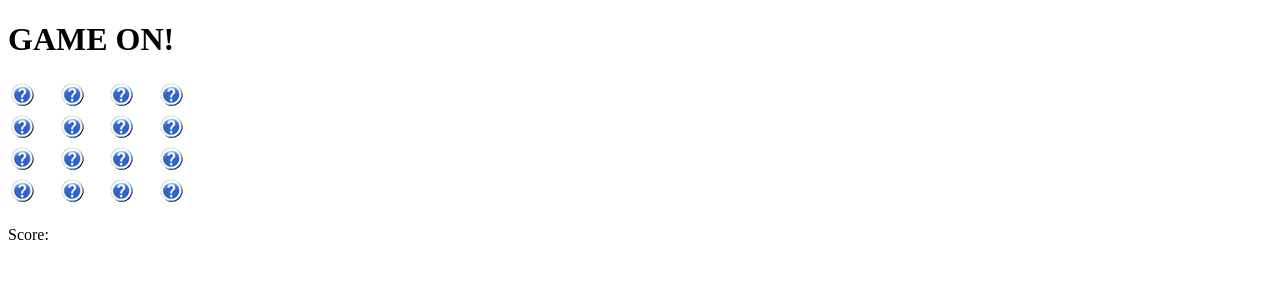
Repository: rs222kn/1dv403-laborationer
Page: 3-gameon/memory/index.html
The author's editor kept a record of every edit. The page is drawn from the files as they stood at one moment, then again after the next edit.
The browser window is 1280 px wide. The pictures show the whole page.

Above is the page before.

### 3-gameon/memory/index.html
<!DOCTYPE html>
<html lang="sv">
    <head>
        <meta charset="UTF-8" />
 	    <title>GAME ON!</title>
        <link rel="stylesheet" type="text/css" href="css/style.css">
    </head>
    <body>
        <header>
            <h1>GAME ON!</h1>
        </header>
        <main>
            <table id="grid">
            </table>

            <p id="score">Score: </p>
            <p id="time"></p>
            <p id="result"></p>
        </main>
        <script src="script/memory.js"></script>
        <script src="script/random.js"></script>
    </body>
</html>

### 3-gameon/memory/css/style.css
#grid{
    width: 200px;
}
.gridRow{

}

.gridCell{
    width: 50px;
}

### 3-gameon/memory/script/memory.js
"use strict";

var Memory = {

    doc: {
        grid:   document.getElementById("grid"),
        pScore: document.getElementById("score"),
        pTime: document.getElementById("time"),
        pResult: document.getElementById("result")
    },

    vars: {
             // [5,5,3,3,4,4,2,2,7,7,6,6,1,1,8,8] Fusk! :P
        ranImg: [[5,5,3,3,4,4,2,2,7,7,6,6,1,1,8,8]], // alla random nr
        imgTagIndex: [], // lagrar hela create
        score: 0,
        startTime: undefined,

        gridRows: 4,
        gridCells: 4,

        itChe1: {id: null, imgNr: null, preJ: null}, // objekt som lagrar värdena på det gammla cell'trycket en för vardera cell
        timesPressed: 0,
        timeoutID: null, // timeout id för timer om man skulle vilja avbryta den.

        gridSelector: []
    },
    // återställer alla värden..
    reset:function(){
        //Memory.vars.ranImg = [];
        Memory.vars.imgTagIndex = [];
        Memory.vars.score = 0;
        Memory.vars.startTime = undefined;

        Memory.vars.itChe1.id = null;
        Memory.vars.itChe1.imgNr = null;
        Memory.vars.itChe1.preJ = null;

        Memory.vars.timesPressed = 0;
        Memory.vars.timeoutID = null;

        //Memory.vars.gridSelector = [];
    },
    // inisierar alla variabler och obj o functioner
    init: function(){

        Memory.reset();
        Memory.vars.startTime = new Date();
        //Memory.vars.ranImg.push(new RandomGenerator.getPictureArray(Memory.vars.gridRows, Memory.vars.gridCells));
        console.log("SlupmArr: " + Memory.vars.ranImg);
        Memory.gameBord(Memory.vars.gridRows, Memory.vars.gridCells, Memory.vars.ranImg); //storleken på gridd

        Memory.cellPress(Memory.vars.gridSelector.push(document.querySelectorAll(".gridCell")));

        // den riktiga
       //Memory.cellPress(document.querySelectorAll(".gridCell"));
        //console.log(Memory.vars.gridSelector);
    },
    // ritar upp game bord och skapar massa tagga
    gameBord: function(rowY, cellX){

        for(var i = 0; i < rowY; i++){

            var row = document.createElement("tr");
            row.setAttribute("class","gridRow");

            for(var j = 0; j < cellX; j++){

                var create ={
                    cell: document.createElement("td"),
                    a: document.createElement("a"),
                    img: document.createElement("img")
                };

                //var cells = (i * cellX) + j; // antalet celler i gridd // kan användas för att räkna ut score

                // attributer
                create.a.setAttribute("href", "#");
                create.img.setAttribute("src", "pics/0.png");
                create.cell.setAttribute("class", "gridCell");

                // append's
                row.appendChild(create.cell);
                create.cell.appendChild(create.a);
                create.a.appendChild(create.img);

                Memory.vars.imgTagIndex.push(create);
            }
            Memory.doc.grid.appendChild(row);
        }
        //console.log(Memory.vars.imgTagIndex);


    },
    // kärs om man trycker på en cell.
    cellPress: function(/*gridSelector*/){

        var funa = function(){
            console.log("function i function");
        };

        for (var i = 0; i < Memory.vars.gridSelector[0].length; i++) {
            addListener(i);
            //removeListener(i);

        }

        function addListener(j) {
            Memory.vars.gridSelector[0][j].addEventListener("click",function h(e){
                press(e, j, Memory.vars.ranImg[0][j]);

                removeListener(j,h);
           });
        }
        function removeListener(id, d){
            console.log("hej :"+ id);
            //removeListeners
            Memory.vars.gridSelector[0][id].removeEventListener("click", d);
        }

        // Truck på en av alla cell'er
        function press(e, it, ranImg){
            console.log(Memory.vars.timesPressed);
            if(Memory.vars.timesPressed === 0){ // cell tryck 1
                Memory.vars.imgTagIndex[it].img.setAttribute("src", 'pics/'+ranImg+'.png'); // byter bild när man klickar på den specifik cell

                Memory.vars.itChe1.id = it; // sparar nuvarande värden så dom kan användas senare
                Memory.vars.itChe1.imgNr = ranImg;
                Memory.vars.timesPressed=1;

            }else if(Memory.vars.timesPressed === 1){ // cell tryck 2
                Memory.vars.imgTagIndex[it].img.setAttribute("src", 'pics/'+ranImg+'.png'); // byter bild när man klickar på den specifik cell

                // kollar om dom båda har samma imgNr (altså dom har samma bild)
                if(Memory.vars.itChe1.imgNr === ranImg){
                    Memory.vars.score++;
                    Memory.doc.pScore.innerHTML = "Score: "+ Memory.vars.score;
                    var total = Memory.vars.gridRows + Memory.vars.gridCells;

                    // fixar allt med poäng.
                    if(Memory.vars.score === total){
                        Memory.doc.pResult.innerHTML = "Grattis du klarade det!";
                        var endDate = new Date();
                        var totTime =  (endDate - Memory.vars.startTime)/1000;
                        Memory.doc.pTime.innerHTML = "Det tog dig: " + totTime + "sekunder";
                    }
                }else{ // om inte kallar vi på timer som tar bort bilderna.
                    Memory.timers(0 , Memory.vars.itChe1.id, it);

                    setTimeout(function(){
                        addListener(it);
                        addListener(Memory.vars.itChe1.id);
                    }, 1000);
                }
                Memory.vars.timesPressed=2; // gör så man inte kan klicka felra gånger.
                Memory.timers(2); // återställer klick functionen efter 1sec.
            }else{
                console.log("else :(");
             }
        }

    },

    // tar han om alla olika timers o timer reset
    timers: function(timerId, it1, it2){
        console.log("testar");


        var time = {
            changeBackPic: function(){
                Memory.vars.timeoutID = setTimeout(function(){
                    // byter till standard bild efter 1sec
                    Memory.vars.imgTagIndex[it1].img.setAttribute("src", 'pics/0.png');
                    Memory.vars.imgTagIndex[it2].img.setAttribute("src", 'pics/0.png');

                }, 1000);
            },
            justWait: function(){
                setTimeout(function() {
                    Memory.vars.timesPressed = 0;
                    Memory.vars.itChe1.id = null;
                    Memory.vars.itChe1.imgNr = null;
                }, 1000);
            }
        };
        switch(timerId){
            case 0:
                time.changeBackPic();
                break;
            case 1:
                clearTimeout(Memory.vars.timeoutID);
                break;
            case 2:
                time.justWait();
                break;
        }
    }
};

window.onload = Memory.init;

### 5-pwd/script/random.js
var RandomGenerator = {

	/*
		Denna metod tar antalet rader och columner som inparameter.

		Metoden returnerar en array innehållandes utslumpade tal mellan 1 och (rows*cols)/2. Varje tal representeras två
		gånger och motsvarar således en spelbricka.

		I en 4*4 matris kan Arrayen t.ex. se ut så här:
		[1,2,6,8,6,2,5,3,1,3,7,5,8,4,4,7]

		I en 2*4 matris kan Arrayen t.ex. se ut så här:
		[3,4,4,1,2,1,2,3]
	*/

	getPictureArray: function(rows, cols)
	{
		var numberOfImages = rows*cols;
		var maxImageNumber = numberOfImages/2;

	   	var imgPlace = [];

	   //Utplacering av bilder i Array
	   for(var i=0; i<numberOfImages; i++)
		  imgPlace[i] = 0;

		for(var currentImageNumber=1; currentImageNumber<=maxImageNumber; currentImageNumber++)
		{
			var imageOneOK = false;
			var imageTwoOK = false;

			do
			{
				if(imageOneOK == false)
				{
					var randomOne = Math.floor( (Math.random() * (rows*cols-0) + 0) );

					if( imgPlace[randomOne] == 0 )
					{
						imgPlace[randomOne] = currentImageNumber;
						imageOneOK = true;
					}
				}

				if(imageTwoOK == false)
				{
					var randomTwo = Math.floor( (Math.random() * (rows*cols-0) + 0) );

					if( imgPlace[randomTwo] == 0 )
					{
						imgPlace[randomTwo] = currentImageNumber;
						imageTwoOK = true;
					}
				}
			}
			while(imageOneOK == false || imageTwoOK == false);
		}

		return imgPlace;
	}
}

After the next edit:
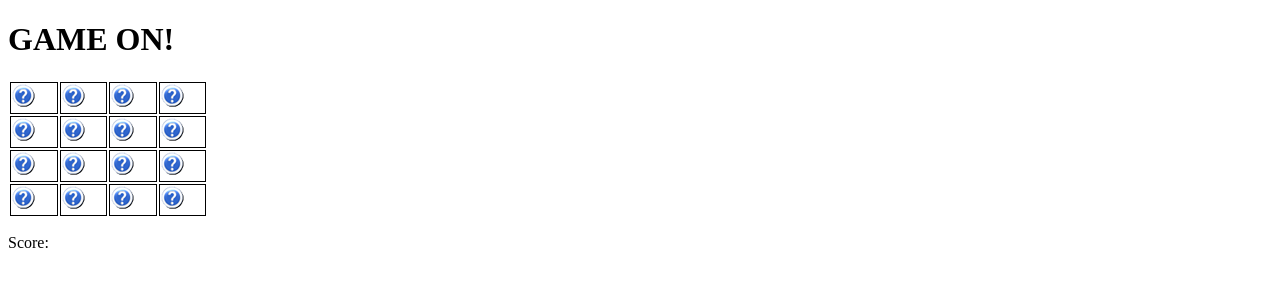
The edit:
--- a/3-gameon/memory/css/style.css
+++ b/3-gameon/memory/css/style.css
@@ -6,5 +6,6 @@
 }
 
 .gridCell{
-    width: 50px;
+
+    border: solid 1px;
 }
